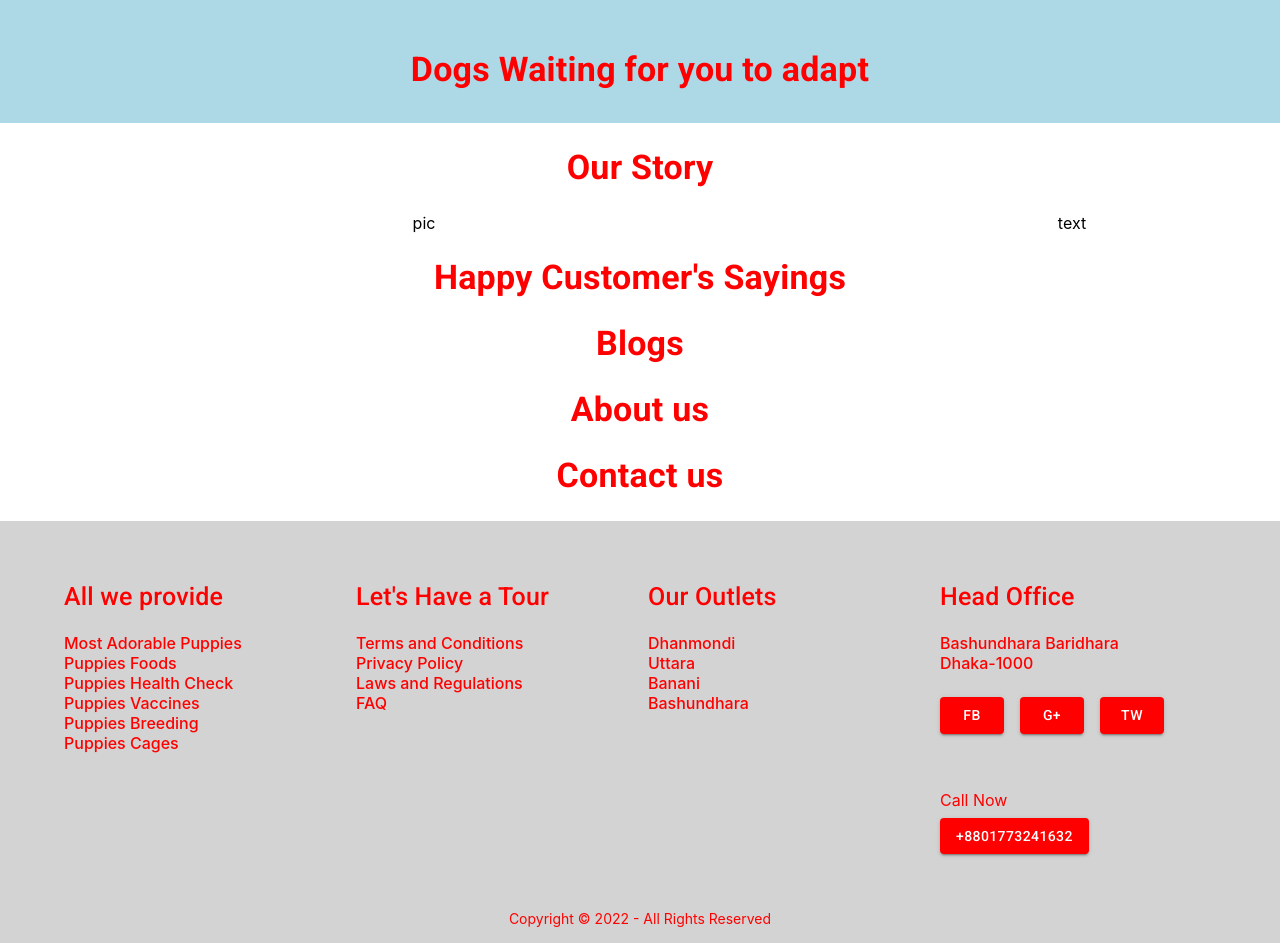
Repository: Sharif-00112/dogos-paradise-client
Page: /
The author's editor kept a copy of each file at every save. The page is drawn from the files as they stood at one save, then again after the next save.
The browser window is 1280 px wide. The page is 1288 px wide, so the pictures cover 1288 px, including what lies to the right of the window. The pictures show the part of the page from y = 1041 to 1984 px (the page is 1984 px tall).
The page's requests for data from a server got no answer. The project was rebuilt for these pictures with package versions that can differ from the ones it lists, and the page was loaded fresh each time. Some packages were replaced by stand-ins written for this rebuild. No one was signed in, and anything a server would have sent is missing. Also part of the build but not shown: src/Pages/Home/Dog/Dog.js, src/Pages/Login/Login/Login.js, src/Pages/Login/Register/Register.js, src/Pages/NotFound/NotFound.js.

Above is the page before, as saved 2022-12-05 22:16:34.

### public/index.html
<!DOCTYPE html>
<html lang="en">
  <head>
    <meta charset="utf-8" />
    <link rel="icon" href="%PUBLIC_URL%/favicon.ico" />
    <meta name="viewport" content="width=device-width, initial-scale=1" />
    <meta name="theme-color" content="#000000" />
    <meta
      name="description"
      content="Web site created using create-react-app"
    />
    <link
      rel="stylesheet" href="https://fonts.googleapis.com/css?family=Roboto:300,400,500,700&display=swap"
    />

    <link rel="apple-touch-icon" href="%PUBLIC_URL%/logo192.png" />
    <!--
      manifest.json provides metadata used when your web app is installed on a
      user's mobile device or desktop. See https://developers.google.com/web/fundamentals/web-app-manifest/
    -->
    <link rel="manifest" href="%PUBLIC_URL%/manifest.json" />
    <!--
      Notice the use of %PUBLIC_URL% in the tags above.
      It will be replaced with the URL of the `public` folder during the build.
      Only files inside the `public` folder can be referenced from the HTML.

      Unlike "/favicon.ico" or "favicon.ico", "%PUBLIC_URL%/favicon.ico" will
      work correctly both with client-side routing and a non-root public URL.
      Learn how to configure a non-root public URL by running `npm run build`.
    -->
    <title>React App</title>
  </head>
  <body>
    <noscript>You need to enable JavaScript to run this app.</noscript>
    <div id="root"></div>
    <!--
      This HTML file is a template.
      If you open it directly in the browser, you will see an empty page.

      You can add webfonts, meta tags, or analytics to this file.
      The build step will place the bundled scripts into the <body> tag.

      To begin the development, run `npm start` or `yarn start`.
      To create a production bundle, use `npm run build` or `yarn build`.
    -->
  </body>
</html>

### src/App.js
import React  from 'react';
import './App.css';
import { BrowserRouter as Router, Route, Routes} from 'react-router-dom';
import Home from './Pages/Home/Home/Home';
import Login from './Pages/Login/Login/Login';
import Register from './Pages/Login/Register/Register';
import AuthProvider from './contexts/AuthProvider/AuthProvider';
// import PrivateRoute from './Pages/Login/PrivateRoute/PrivateRoute';
import NotFound from './Pages/NotFound/NotFound';
import Contact from './Pages/Home/Contact/Contact';
import Story from './Pages/Home/Story/Story';
import CustomerReviews from './Pages/Home/CustomerReviews/CustomerReviews';
import Blogs from './Pages/Home/Blogs/Blogs';
import About from './Pages/Home/About/About';
import Dogs from './Pages/Home/Dogs/Dogs';
// import Footer from './Pages/Shared/Footer/Footer';
// import Dashboard from './Pages/Dashboard/Dashboard/Dashboard';

function App() {
  return (
    <div className="App">
      <AuthProvider>
        <Router>
          <Routes>
            <Route exact path = '/' element={<Home/>}/>
            <Route exact path = '/home' element={<Home/>}/>
            <Route exact path = '/login' element={<Login/>}/>
            <Route exact path = '/register' element={<Register/>}/>
            <Route exact path = '/contact' element={<Contact/>}/>
            <Route exact path = '/dogs' element={<Dogs/>}/>
            <Route exact path = '/story' element={<Story/>}/>
            <Route exact path = '/reviews' element={<CustomerReviews/>}/>
            <Route exact path = '/blogs' element={<Blogs/>}/>
            <Route exact path = '/about' element={<About/>}/>
            {/* <Route exact path = '/appointment' element = {
              <PrivateRoute>
                <Appointment></Appointment>
              </PrivateRoute>
            }> </Route> */}
            {/* <Route path = 'dashboard/*' element = {
              <PrivateRoute>
                <Dashboard></Dashboard>
              </PrivateRoute>
            }> </Route> */}
            <Route path = '*' element={<NotFound/>}/>
          </Routes>
          {/* <Footer></Footer> */}
        </Router>
      </AuthProvider>
    </div>
  );
}

export default App;

### src/Pages/Home/Home/Home.js
import React from 'react';
import Footer from '../../Shared/Footer/Footer';
import Navigation from '../../Shared/Navigation/Navigation';
import About from '../About/About';
import Banner from '../Banner/Banner';
import Blogs from '../Blogs/Blogs';
import Contact from '../Contact/Contact';
import CustomerReviews from '../CustomerReviews/CustomerReviews';
import Dogs from '../Dogs/Dogs';
import Story from '../Story/Story';

const Home = () => {
    return (
        <div>
            <Navigation></Navigation>
            <Banner></Banner>
            <Dogs></Dogs>
            <Story></Story>
            <CustomerReviews></CustomerReviews>
            <Blogs></Blogs>
            <About></About>
            <Contact></Contact>
            <Footer></Footer>
        </div>
    );
};

export default Home;

### src/contexts/AuthProvider/AuthProvider.js
import React from 'react';
import { createContext } from 'react';
import useFirebase from '../../hooks/useFirebase';

//step-1-context
export const AuthContext = createContext();

const AuthProvider = (props) => {
    //step-3-context
    const {children} = props;

    //step-5-context
    const allContexts = useFirebase();

    return (
        //step-2-context
        <AuthContext.Provider value={allContexts}>
            {children}
        </AuthContext.Provider>
    );
};

export default AuthProvider;

### src/Pages/Home/Contact/Contact.js
import React from 'react';
import { Typography } from '@mui/material';

const Contact = () => {
    return (
        <div>
            <Typography sx={{ m: 3, color: 'red', fontWeight: 600 }} variant="h4" component="div">
                Contact us
            </Typography>
        </div>
    );
};

export default Contact;

### src/Pages/Home/Story/Story.js
import React from 'react';
import { Typography } from '@mui/material';
import Box from '@mui/material/Box';
import Grid from '@mui/material/Unstable_Grid2';


const Story = () => {
    return (
        <div>
            <Typography sx={{ m: 3, color: 'red', fontWeight: 600 }} variant="h4" component="div">
                Our Story
            </Typography>
            <Box sx={{ flexGrow: 1 }}>
                <Grid container spacing={2}>
                    <Grid xs={6} md={8}>
                     pic
                    </Grid>
                    <Grid xs={6} md={4}>
                        text
                    </Grid>
                </Grid>
            </Box>
        </div>
    );
};

export default Story;

### src/Pages/Home/CustomerReviews/CustomerReviews.js
import React from 'react';
import { Typography } from '@mui/material';


const CustomerReviews = () => {
    return (
        <div>
            <Typography sx={{ m: 3, color: 'red', fontWeight: 600 }} variant="h4" component="div">
                Happy Customer's Sayings
            </Typography>
        </div>
    );
};

export default CustomerReviews;

### src/Pages/Home/Blogs/Blogs.js
import React from 'react';
import { Typography } from '@mui/material';


const Blogs = () => {
    return (
        <div>
            <Typography sx={{ m: 3, color: 'red', fontWeight: 600 }} variant="h4" component="div">
                Blogs
            </Typography>
        </div>
    );
};

export default Blogs;

### src/Pages/Home/About/About.js
import React from 'react';
import { Typography } from '@mui/material';

const About = () => {
    return (
        <div>
            <Typography sx={{ m: 3, color: 'red', fontWeight: 600 }} variant="h4" component="div">
                About us
            </Typography>
        </div>
    );
};

export default About;

### src/Pages/Home/Dogs/Dogs.js
import React, { useEffect, useState } from 'react';
import Box from '@mui/material/Box';
import Grid from '@mui/material/Unstable_Grid2';
import Typography from '@mui/material/Typography';
import { Container } from '@mui/material';
import Dog from '../Dog/Dog';

// const dogs = [
//     {
//         title: "Siberian Husky",
//         age: '13',
//         breed: 'Mixed',
//         image: 'https://i.ibb.co/VV1yxdy/dog-1.jpg',
//         price: 700,
//         description: 'Lorem ipsum dolor sit amet, consectetur adipisicing elit. Quo, magni ab. Sed aut nesciunt neque laudantium culpa sit? Possimus, id.'
//     },
//     {
//         title: "German Shepherd",
//         age: '8',
//         breed: 'Mixed',
//         image: 'https://i.ibb.co/tZcvfCd/dog-2.jpg',
//         price: 700,
//         description: 'Lorem ipsum dolor sit amet, consectetur adipisicing elit. Quo, magni ab. Sed aut nesciunt neque laudantium culpa sit? Possimus, id.'
//     },
//     {
//         title: "Golden Retriever",
//         age: '5',
//         breed: 'Mixed',
//         image: 'https://i.ibb.co/YPHDzsb/dog-3.jpg',
//         price: 700,
//         description: 'Lorem ipsum dolor sit amet, consectetur adipisicing elit. Quo, magni ab. Sed aut nesciunt neque laudantium culpa sit? Possimus, id.'
//     },
//     {
//         title: "Bulldog",
//         age: '6',
//         breed: 'Mixed',
//         image: 'https://i.ibb.co/bjty4nS/dog-4.jpg',
//         price: 700,
//         description: 'Lorem ipsum dolor sit amet, consectetur adipisicing elit. Quo, magni ab. Sed aut nesciunt neque laudantium culpa sit? Possimus, id.'
//     },
//     {
//         title: "Irish Setter",
//         age: '9',
//         breed: 'Mixed',
//         image: 'https://i.ibb.co/QPSnF0t/dog-5.jpg',
//         price: 700,
//         description: 'Lorem ipsum dolor sit amet, consectetur adipisicing elit. Quo, magni ab. Sed aut nesciunt neque laudantium culpa sit? Possimus, id.'
//     },
//     {
//         title: "Brussels Griffon",
//         age: '4',
//         breed: 'Mixed',
//         image: 'https://i.ibb.co/z5kJHB2/dog-6.jpg',
//         price: 700,
//         description: 'Lorem ipsum dolor sit amet, consectetur adipisicing elit. Quo, magni ab. Sed aut nesciunt neque laudantium culpa sit? Possimus, id.'
//     },
//     {
//         title: "Newfoundland",
//         age: '15',
//         breed: 'Mixed',
//         image: 'https://i.ibb.co/mD4CtfC/dog-7.jpg',
//         price: 700,
//         description: 'Lorem ipsum dolor sit amet, consectetur adipisicing elit. Quo, magni ab. Sed aut nesciunt neque laudantium culpa sit? Possimus, id.'
//     },
//     {
//         title: "French Bulldog",
//         age: '7',
//         breed: 'Mixed',
//         image: 'https://i.ibb.co/PCQT44S/dog-8.jpg',
//         price: 700,
//         description: 'Lorem ipsum dolor sit amet, consectetur adipisicing elit. Quo, magni ab. Sed aut nesciunt neque laudantium culpa sit? Possimus, id.'
//     },
//     {
//         title: "Beagle",
//         age: '12',
//         breed: 'Mixed',
//         image: 'https://i.ibb.co/XLvC5BW/dog-9.jpg',
//         price: 700,
//         description: 'Lorem ipsum dolor sit amet, consectetur adipisicing elit. Quo, magni ab. Sed aut nesciunt neque laudantium culpa sit? Possimus, id.'
//     },
//     {
//         title: "Poodle",
//         age: '15',
//         breed: 'Mixed',
//         image: 'https://i.ibb.co/rxMv41c/dog-10.jpg',
//         price: 700,
//         description: 'Lorem ipsum dolor sit amet, consectetur adipisicing elit. Quo, magni ab. Sed aut nesciunt neque laudantium culpa sit? Possimus, id.'
//     }
// ]

const Dogs = () => {
    const [dogs, setDogs] = useState([]);

    useEffect(() => {
        fetch('http://localhost:3005/dogs')
        .then(res => res.json())
        .then(data => setDogs(data))
    }, []);

    return (
        <div>
            <Box sx={{ flexGrow: 1, backgroundColor:"lightblue", py:4 }}>
                <Container>
                    <Typography sx={{ p:3, color: 'red', fontWeight: 600 }} variant="h4" component="div">
                        Dogs Waiting for you to adapt
                    </Typography>

                    <Grid container spacing={{ xs: 2, md: 3 }} columns={{ xs: 4, sm: 8, md: 12 }}>
                        {
                            dogs.map(dog => (
                                <Grid xs={2} sm={4} md={4} key={dog._id}>
                                    <Dog
                                        key= {dog._id}
                                        dog = {dog}
                                    ></Dog>
                                </Grid>
                            ))
                        }
                    </Grid>
                </Container>
            </Box>
        </div>
    );
};

export default Dogs;

### src/Pages/Home/Banner/Banner.js
import React from 'react';
import { Typography } from '@mui/material';

const Banner = () => {
    return (
        <div>
            {/* <Typography sx={{ m: 3, color: 'red', fontWeight: 600 }} variant="h4" component="div">
                Head Banner
            </Typography> */}
            <img style={{ width: '100%'}} src="https://i.ibb.co/Mnn0NX3/dog-cover-1.jpg" alt="dog-human playing" />
            <Typography sx={{ mt: -25, mb:8, color: 'red', fontWeight: 700 }} variant="h4" component="div">
                Dogs are not only pets;
                <br /> <br />
                They are "L O V E"
            </Typography>
        </div>
    );
};

export default Banner;

### src/hooks/useAuth.js
//step-6-context

import { useContext } from "react"
import { AuthContext } from "../../src/contexts/AuthProvider/AuthProvider"

const useAuth = () =>{
    return useContext(AuthContext);
}

export default useAuth;

### src/Pages/Login/Firebase/firebase.initialize.js
import { initializeApp } from "firebase/app";
import firebaseConfig from "./firebase.config";

const initializeAuthentication = () =>{
    initializeApp(firebaseConfig);
}

export default initializeAuthentication;

### src/Pages/Login/Firebase/firebase.config.js
// console.log(process.env);

const firebaseConfig = {
  apiKey: process.env.REACT_APP_FIREBASE_API_KEY,
  authDomain: process.env.REACT_APP_FIREBASE_AUTH_DOMAIN,
  projectId: process.env.REACT_APP_FIREBASE_PROJECT_ID,
  storageBucket: process.env.REACT_APP_FIREBASE_STORAGE_BUCKET,
  messagingSenderId: process.env.REACT_APP_FIREBASE_MESSAGING_SENDER_ID,
  appId: process.env.REACT_APP_FIREBASE_APP_ID,
  measurementId: process.env.REACT_APP_FIREBASE_MEASUREMENT_ID
};

export default firebaseConfig;

// .env.local
// REACT_APP_FIREBASE_API_KEY=AIzaSyCGaQ8G2l5KeOKX4bAJ7MC19oWW_2vnTNQ
// REACT_APP_FIREBASE_AUTH_DOMAIN=dogos-paradise.firebaseapp.com
// REACT_APP_FIREBASE_PROJECT_ID=dogos-paradise
// REACT_APP_FIREBASE_STORAGE_BUCKET=dogos-paradise.appspot.com
// REACT_APP_FIREBASE_MESSAGING_SENDER_ID=824394057307
// REACT_APP_FIREBASE_APP_ID=1:824394057307:web:727ac0c86627b9544a617e
// REACT_APP_FIREBASE_MEASUREMENT_ID=G-DL8JJ6MYSD

// const firebaseConfig = {
  // apiKey: "AIzaSyCGaQ8G2l5KeOKX4bAJ7MC19oWW_2vnTNQ",
  // authDomain: "dogos-paradise.firebaseapp.com",
  // projectId: "dogos-paradise",
  // storageBucket: "dogos-paradise.appspot.com",
  // messagingSenderId: "824394057307",
  // appId: "1:824394057307:web:727ac0c86627b9544a617e",
  // measurementId: "G-DL8JJ6MYSD"
// };

Loaded but not shown: src/index.js (common file); src/index.css (common file); src/reportWebVitals.js (common file); src/App.css (common file); src/Pages/Shared/Navigation/Navigation.js (229 lines, source omitted); src/hooks/useFirebase.js (273 lines, source omitted); src/Pages/Shared/Footer/Footer.js (156 lines, source omitted)

After the next save:
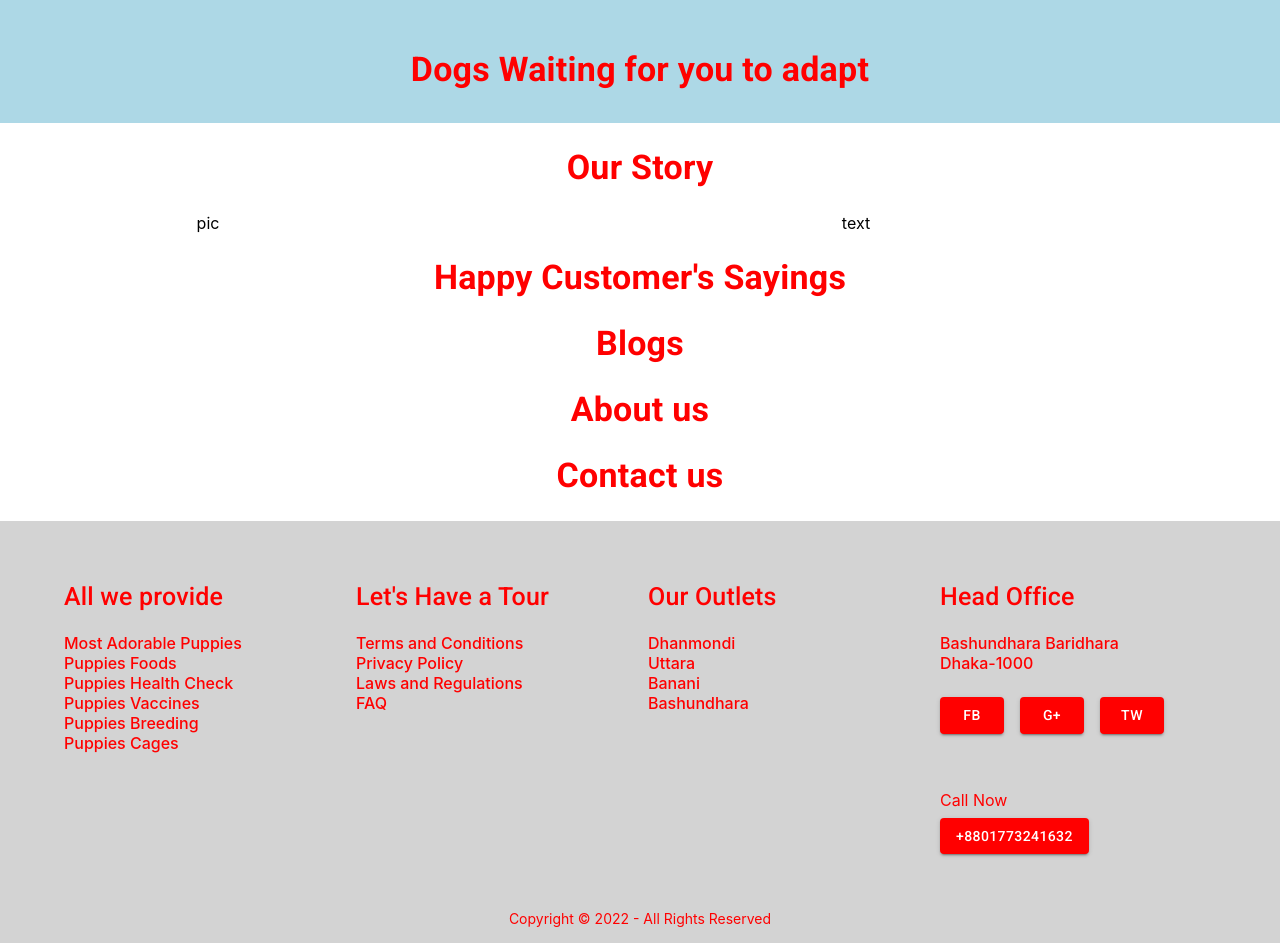
Saved 31 s later.
--- a/src/Pages/Home/Story/Story.js
+++ b/src/Pages/Home/Story/Story.js
@@ -12,10 +12,10 @@ const Story = () => {
             </Typography>
             <Box sx={{ flexGrow: 1 }}>
                 <Grid container spacing={2}>
-                    <Grid xs={6} md={8}>
+                    <Grid xs={6} md={4}>
                      pic
                     </Grid>
-                    <Grid xs={6} md={4}>
+                    <Grid xs={6} md={8}>
                         text
                     </Grid>
                 </Grid>
